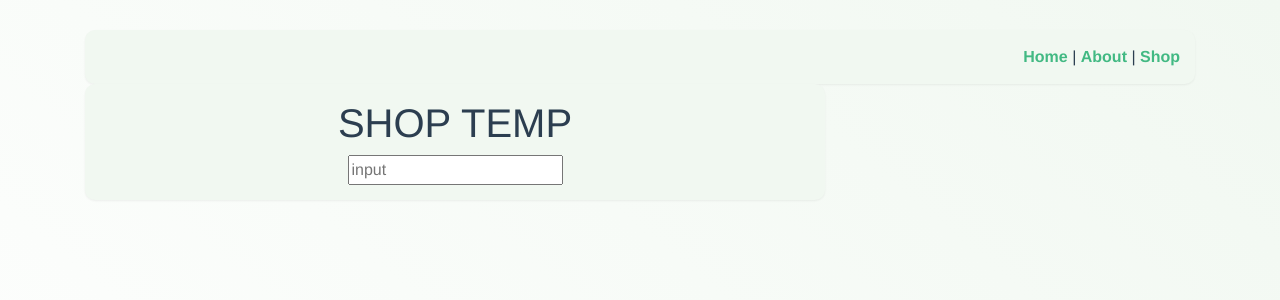
Repository: ramcd86/vuetest
Page: /#/shop
These files come from the project's save history. The page is drawn as it stood at one moment and after the next save; the edit follows.
The browser window is 1280 px wide. The pictures show the whole page.
The project was rebuilt for these pictures with package versions that can differ from the ones it lists, and the page was loaded fresh each time. Requests to the local data server were answered from the project's data file. Also part of the build but not shown: src/components/HelloWorld.vue, src/views/Home.vue.

Above is the page before, as saved 2019-07-08 11:30:59.

After the next save:
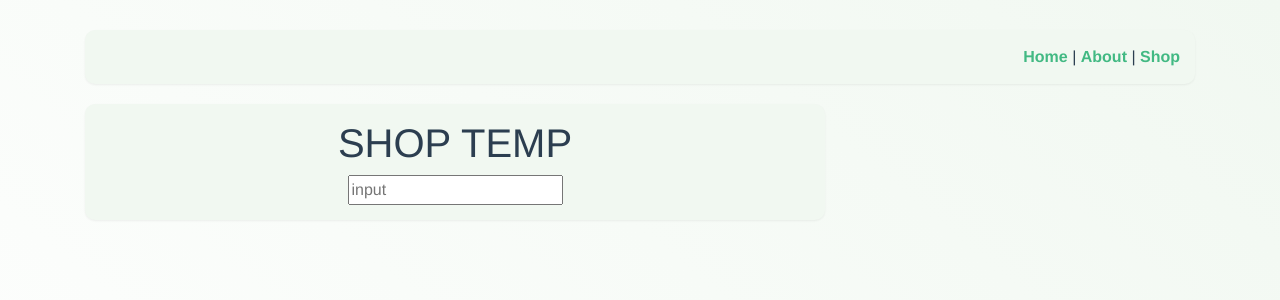
Saved 15 s later.
--- a/src/App.vue
+++ b/src/App.vue
@@ -53,6 +53,7 @@ export default {
   border-radius: 10px;
     box-shadow: 0 1px 3px rgba(0,0,0,0.03), 0 1px 2px rgba(0,0,0,0.03);
   transition: all 0.3s cubic-bezier(.25,.8,.25,1);
+  margin-bottom: 20px
 }
 
 #app {
